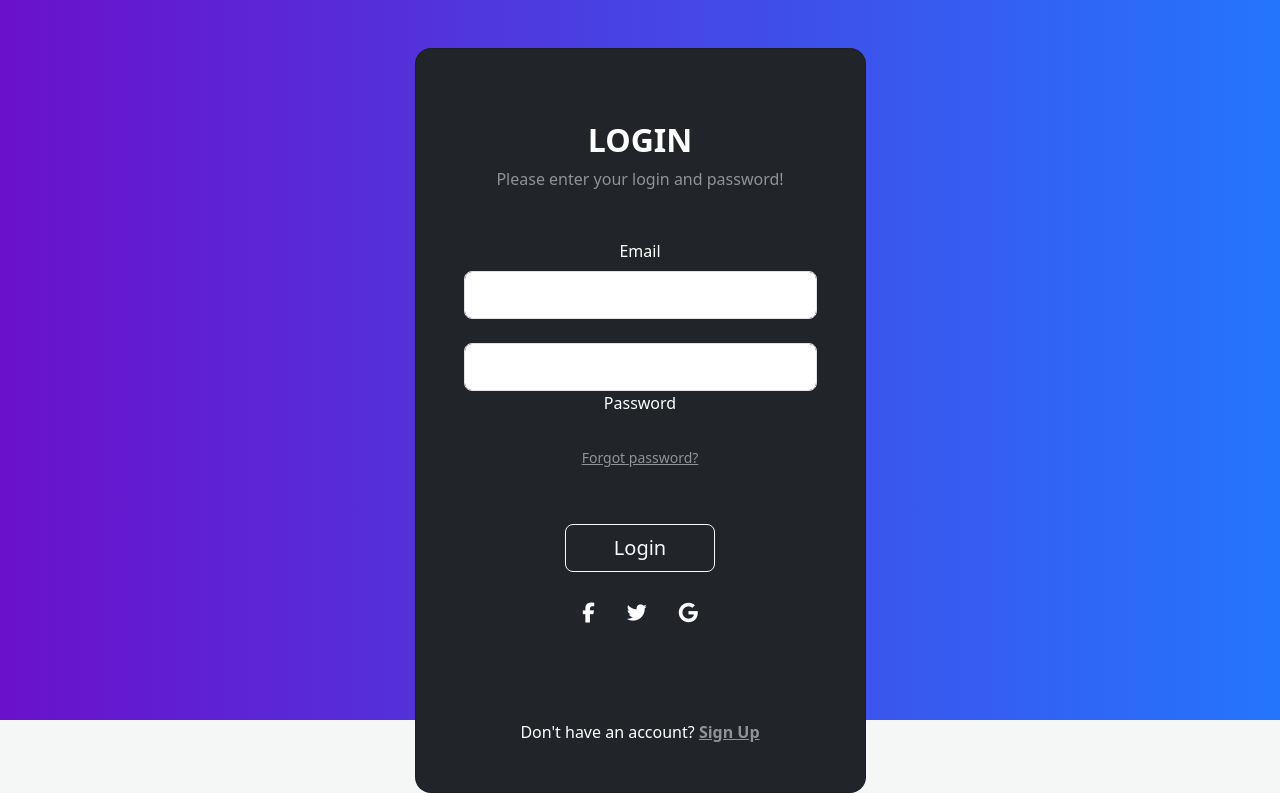
Repository: mihoag/E-commerce-Website
Page: http://localhost/login
An editor plug-in stored every save of this project. The page is shown before and after the next save, followed by the edit.
The browser window is 1280 px wide. The pictures show the whole page.
Some web libraries are served in a nearby version. The page is this project's Thymeleaf template; nobody is signed in. The template is opened directly, without the code that normally fills it, so the values that code supplies are empty.

Above is the page before, as saved 2024-07-28 07:27:53.

### EcommerceShop/MyShopWebParent/MyShopBackend/src/main/resources/templates/login.html
<!DOCTYPE html>
<html xmlns:th = "http://www.thymeleaf.org">
<head th:replace="fragment :: html_file" />
<body style="background-color: #f5f7f6;">
   <section class="vh-100 gradient-custom">
  <div class="container py-5 h-100">
    <div class="row d-flex justify-content-center align-items-center h-100">
      <div class="col-12 col-md-8 col-lg-6 col-xl-5">
        <div class="card bg-dark text-white" style="border-radius: 1rem;">
          <div class="card-body p-5 text-center">

            <div class="mb-md-5 mt-md-4 pb-5">

              <h2 class="fw-bold mb-2 text-uppercase">Login</h2>
              <p class="text-white-50 mb-5">Please enter your login and password!</p>

              <div data-mdb-input-init class="form-outline form-white mb-4">
                <label class="form-label" for="typeEmailX">Email</label>
                <input type="email" name="email" class="form-control form-control-lg" />
              </div>

              <div data-mdb-input-init class="form-outline form-white mb-4">
                <input type="password" name="password" class="form-control form-control-lg" />
                <label class="form-label" for="typePasswordX">Password</label>
              </div>

              <p class="small mb-5 pb-lg-2"><a class="text-white-50" href="#!">Forgot password?</a></p>

              <button data-mdb-button-init data-mdb-ripple-init class="btn btn-outline-light btn-lg px-5" type="submit">Login</button>

              <div class="d-flex justify-content-center text-center mt-4 pt-1">
                <a href="#!" class="text-white"><i class="fab fa-facebook-f fa-lg"></i></a>
                <a href="#!" class="text-white"><i class="fab fa-twitter fa-lg mx-4 px-2"></i></a>
                <a href="#!" class="text-white"><i class="fab fa-google fa-lg"></i></a>
              </div>

            </div>

            <div>
              <p class="mb-0">Don't have an account? <a href="#!" class="text-white-50 fw-bold">Sign Up</a>
              </p>
            </div>

          </div>
        </div>
      </div>
    </div>
  </div>
</section>
</body>
</html>

### EcommerceShop/MyShopWebParent/MyShopBackend/src/main/resources/templates/fragment.html
<!DOCTYPE html>
<html  xmlns:th = "http://www.thymeleaf.org">
<head th:fragment="html_file">
    <meta charset="UTF-8">
    <meta name="viewport" content="width=device-width, initial-scale=1.0">
    <link href="https://cdn.jsdelivr.net/npm/bootstrap@5.3.2/dist/css/bootstrap.min.css" rel="stylesheet"
        integrity="sha384-T3c6CoIi6uLrA9TneNEoa7RxnatzjcDSCmG1MXxSR1GAsXEV/Dwwykc2MPK8M2HN" crossorigin="anonymous">
    <link rel="stylesheet" href="https://cdnjs.cloudflare.com/ajax/libs/font-awesome/6.4.2/css/all.min.css">
    <script src="https://cdnjs.cloudflare.com/ajax/libs/jquery/3.7.1/jquery.min.js"></script>
    <!--     Fonts and icons     -->
    <link href="https://fonts.googleapis.com/css?family=Open+Sans:300,400,600,700" rel="stylesheet" />
    <!-- Font Awesome Icons -->
    <script src="https://kit.fontawesome.com/3cc4fda4ce.js" crossorigin="anonymous"></script>
    <link rel="stylesheet" th:href="@{/css/admin/header.css}">
    <link rel="stylesheet" th:href="@{/css/admin/sidebar.css}">
    <link rel="stylesheet" th:href="@{/common/style.css}">

</head>
<body>
 <!--Header-->
    <div class="header container-fluid w-100 m-0" th:fragment="header">
        <div class="row w-100">
            <div class="col-md-3">
                <div class="logo ms-5 position-fixed">
                    <a href="/">
                        <img th:src="@{/img/logo.png}" style="width: 90px; height: 70px;">
                    </a>
                </div>
            </div>
            <div class="d-flex justify-content-end col-md-9 fs-5">
                <!-- Admin information -->
                <div class="dropdown">
                  <div class = "d-flex">

                   <div class="dropdown-toggle f-flex" id="dropdownMenuButton" data-bs-toggle="dropdown" aria-expanded="false">
                     <i class="fa-solid fa-user"></i>
                     <span class="nav-link-text ms-3">Le Minh Hoang</span>
                   </div>
                     <ul class="dropdown-menu" aria-labelledby="dropdownMenuButton">
                       <li><a class="dropdown-item" th:href="@{/logout}">Logout</a></li>
                     </ul>
                   </div>
                </div>

                <!-- Dropdown menu -->
                <div th:replace="fragment :: navigationDropdown"></div>
            </div>
        </div>
    </div>

    <!--End header-->
     <!--Side bar-->
     <aside class="navbar navbar-vertical rounded-4 my-3 ms-4 me-4 position-fixed mt-4" style="width: 20%;"
                    id="sidenav-main" th:fragment="sidebar">
        <div class="w-100">
              <ul class="navbar-nav">
                 <li class="nav-item my-2 active">
                  <a class="nav-link active ps-4 py-3" th:href="@{/users}">
                   <span class="nav-icon">
                    <i class="fa-solid fa-user" style="max-width: 20px;"></i>
                   </span>
                  <span class="nav-link-text ms-3">User</span>
                  </a>
                </li>

                <li class="nav-item my-2">
                  <a class="nav-link active ps-4 py-3" th:href="@{/categories}">
                   <span class="nav-icon">
                    <i class="fa-solid fa-list" style="max-width: 20px;"></i>
                   </span>
                  <span class="nav-link-text ms-3">Categories</span>
                  </a>
                </li>

                <li class="nav-item my-2">
                  <a class="nav-link active ps-4 py-3" th:href="@{/brands}">
                   <span class="nav-icon">
                  <i class="fa-solid fa-copyright" style="max-width: 20px;"></i>
                   </span>
                  <span class="nav-link-text ms-3">Brands</span>
                  </a>
                </li>

                <li class="nav-item my-2">
                  <a class="nav-link active ps-4 py-3" th:href="@{/products}">
                   <span class="nav-icon">
                    <i class="fa-solid fa-mobile" style="max-width: 20px;"></i>
                   </span>
                  <span class="nav-link-text ms-3">Products</span>
                  </a>
                </li>

                <li class="nav-item my-2">
                  <a class="nav-link active ps-4 py-3" th:href="@{/customers}">
                   <span class="nav-icon">
                    <i class="fa-solid fa-users" style="max-width: 20px;"></i>
                   </span>
                  <span class="nav-link-text ms-3">Customers</span>
                  </a>
                </li>


                <li class="nav-item my-2">
                  <a class="nav-link active ps-4 py-3" th:href="@{/shipping}">
                   <span class="nav-icon">
                    <i class="fa-solid fa-truck-fast" style="max-width: 20px;"></i>
                   </span>
                  <span class="nav-link-text ms-3">Shipping</span>
                  </a>
                </li>
              </ul>
       </div>
    </aside>

    <div th:fragment="footer" class="text-center m-3">
		<p>MyShop Control Panel - Copyright &copy; MyShop</p>
	</div>

	 <nav th:fragment="navigationDropdown" class="navbar navbar-expand-lg navbar-light bg-light hidden" id= "navigationDropdown">
        <div class="container-fluid">
            <button class="navbar-toggler" type="button" data-bs-toggle="collapse" data-bs-target="#navbarNavDropdown" aria-controls="navbarNavDropdown" aria-expanded="false" aria-label="Toggle navigation">
                <span class="navbar-toggler-icon"></span>
            </button>
            <div class="collapse navbar-collapse" id="navbarNavDropdown">
                <ul class="navbar-nav">
                    <li class="nav-item dropdown">
                        <a class="nav-link dropdown-toggle" th:href="@{/users}" id="navbarDropdownMenuLink" role="button" data-bs-toggle="dropdown" aria-expanded="false">
                            User
                        </a>
                        <ul class="dropdown-menu" aria-labelledby="navbarDropdownMenuLink">
                            <li><a class="dropdown-item" href="#">Action</a></li>
                            <li><a class="dropdown-item" href="#">Another action</a></li>
                            <li><a class="dropdown-item" href="#">Something else here</a></li>
                        </ul>
                    </li>

                    <li class="nav-item dropdown">
                        <a class="nav-link dropdown-toggle" th:href="@{/categories}" id="navbarDropdownMenuLink" role="button" data-bs-toggle="dropdown" aria-expanded="false">
                            Categories
                        </a>
                        <ul class="dropdown-menu" aria-labelledby="navbarDropdownMenuLink">
                            <li><a class="dropdown-item" href="#">Action</a></li>
                            <li><a class="dropdown-item" href="#">Another action</a></li>
                            <li><a class="dropdown-item" href="#">Something else here</a></li>
                        </ul>
                    </li>

                    <li class="nav-item dropdown">
                        <a class="nav-link dropdown-toggle" href="@{/brands}" id="navbarDropdownMenuLink" role="button" data-bs-toggle="dropdown" aria-expanded="false">
                            Brands
                        </a>
                        <ul class="dropdown-menu" aria-labelledby="navbarDropdownMenuLink">
                            <li><a class="dropdown-item" href="#">Action</a></li>
                            <li><a class="dropdown-item" href="#">Another action</a></li>
                            <li><a class="dropdown-item" href="#">Something else here</a></li>
                        </ul>
                    </li>

                    <li class="nav-item dropdown">
                        <a class="nav-link dropdown-toggle" href="@{/products}" id="navbarDropdownMenuLink" role="button" data-bs-toggle="dropdown" aria-expanded="false">
                            Products
                        </a>
                        <ul class="dropdown-menu" aria-labelledby="navbarDropdownMenuLink">
                            <li><a class="dropdown-item" href="#">Action</a></li>
                            <li><a class="dropdown-item" href="#">Another action</a></li>
                            <li><a class="dropdown-item" href="#">Something else here</a></li>
                        </ul>
                    </li>

                    <li class="nav-item dropdown">
                        <a class="nav-link dropdown-toggle" href="@{/customers}" id="navbarDropdownMenuLink" role="button" data-bs-toggle="dropdown" aria-expanded="false">
                            Customers
                        </a>
                        <ul class="dropdown-menu" aria-labelledby="navbarDropdownMenuLink">
                            <li><a class="dropdown-item" href="#">Action</a></li>
                            <li><a class="dropdown-item" href="#">Another action</a></li>
                            <li><a class="dropdown-item" href="#">Something else here</a></li>
                        </ul>
                    </li>

                    <li class="nav-item dropdown">
                        <a class="nav-link dropdown-toggle" href="@{/shipping}" id="navbarDropdownMenuLink" role="button" data-bs-toggle="dropdown" aria-expanded="false">
                            Shipping
                        </a>
                        <ul class="dropdown-menu" aria-labelledby="navbarDropdownMenuLink">
                            <li><a class="dropdown-item" href="#">Action</a></li>
                            <li><a class="dropdown-item" href="#">Another action</a></li>
                            <li><a class="dropdown-item" href="#">Something else here</a></li>
                        </ul>
                    </li>

                </ul>
            </div>
        </div>
    </nav>


</body>

</html>

### EcommerceShop/MyShopWebParent/MyShopBackend/src/main/resources/static/css/admin/header.css
/* Header */
	.header {
		top: 0;
		z-index: 12;
		padding: 15px 0 5px 0 ;
	}

	/* Logo */
		.header .logo {
			width: 250px;
			height: 60px;
			float: left;
			transition-duration: .1s;
		}
		.header .logo:hover {
			transform: scale(1.05)
		}
		.header .logo img {
			width: 100%;
			height: 100%;
			vertical-align: middle;
		}
	/* ======= End logo ======== */

	/* Content */
		.header .content{
			/* tru width cua logo */
			width: calc(100% - 250px);
			float: left;
		}

		/* Search */
			.search-header {
				float: left;
			}

			form.input-search {
				margin-left: 20px;
				background: #ddd;
				border: 2px solid #bbb;
				border-radius: 10px;
				height: 35px;
				width: 300px;
				/* điều chỉnh width của ô tìm kiếm trên header ở đây */
			}
			.input-search input {
				float: left;
				padding-left: 15px;
				border: none;
				border-radius: 10px 0 0 10px;
				height: 100%;
				width: calc(100% - 100px - 20px);
				/* 100 la width button, 20 la padding button */
			}
			.input-search button {
				float: right;
				font-size: 14px;
				font-weight: bold;
				padding: 0 10px;
				color: #888;
				background: none;
				width: 100px;
				height: 100%;
				border: none;
				cursor: pointer;
				-webkit-transition-duration: .3s;
				     -o-transition-duration: .3s;
				        transition-duration: .3s;
			}
			.input-search button:hover {
				color: #000;
			}

			.tags {
				margin: 5px 0 0 20px;
				font-size: 13px;
			}
			.tags a {
				color: gray;
				padding: 0 5px;
			}
			.tags a:hover {
				color: black;
				text-decoration: underline;
			}

			/* W3 school autocomplete */
				.autocomplete {
					/*the container must be positioned relative:*/
					position: relative;
					height: 100%;
				}
				.autocomplete-items {
					position: absolute;
					border: 1px solid #d4d4d4;
					border-bottom: none;
					border-top: none;
					z-index: 99;
					/*position the autocomplete items to be the same width as the container:*/
					top: 100%;
					left: 0;
					right: 0;
				}
				.autocomplete-items div {
					padding: 10px;
					cursor: pointer;
					background-color: #fff;
					border-bottom: 1px solid #d4d4d4;
				}
				.autocomplete-items div:hover {
					/*when hovering an item:*/
					background-color: #e9e9e9;
				}
				.autocomplete-active {
					/*when navigating through the items using the arrow keys:*/
					background-color: DodgerBlue !important;
					color: #ffffff;
				}
			/* End auto complete */
		/* ======= End search ========== */

		/* Tools Member */
			.tools-member {
				float: right;
				display: table;
				margin-left: 10px;
				font-size: 14px;
			}

			.tools-member a {
				position: relative;
				padding: 5px 0;
				text-align: center;
				font-size: 16px;
				font-weight: bold;
				color: #565;
				cursor: pointer;
			}
			.tools-member a:hover > i {
				border: 1px solid #fff;
				background-color: rgb(161, 161, 161);
				color: #fff;
			}

			.tools-member i { /* icon */
				padding: 10px;
				border-radius: 50%;
				border: 1px solid #ccc;
				background-color: #fff;
				color: #000;
				-webkit-transition: 0.2s;
				-o-transition: 0.2s;
				transition: 0.2s;
			}
			.tools-member .fa-user {
				padding: 10px 12.5px;
			}
			.tools-member .fa-shopping-cart {
				padding: 10px 11px;
			}
			/* Member */
				.member {
					position: relative;
					float: left;
					display: table-cell;
				}
				.member:hover > .menuMember{
					z-index: 20;
					transform: translateX(-40%) scale(1);
				}
				.member .menuMember {
					position: absolute;
					left: 0;
					text-align: center;
					border-radius: 5px;
					background-color: #eee;
					min-width: 170px;
					transition-duration: .15s;
					transform: translateX(-40%) scale(0);
				}
				.member .menuMember a {
					display: block;
					padding: 10px 0;
				}
				.member .menuMember a:hover {
					background-color: #888;
					color: #eee;
				}
				.member .hide {
					display: none;
				}
			/* ======= End Member ======= */

			/* Cart */
				.cart {
					float: left;
					display: table-cell;
					/* border-left: 1px solid #bbb; */
					margin: 0 15px;
					padding-left: 5px;
				}
				.cart-number {
					position: absolute;
					left: 1.4em;
					bottom: -1em;
					font-weight: bold;
					font-size: 1em;
					color: red;
					border-radius: 50%;
					width: 2em;
					height: 2em;
					line-height: 2em;
					text-align: center;
				}
				.cart .cart-number {
					transition-duration: .4s;
				}
			/* ======= End Cart ======== */

			/* Check Order - Đã loại bỏ */
				.check-order {
					float: left;
					display: table-cell;
					border-left: 1px solid #bbb;
					margin-left: 5px;
					padding-left: 5px;
				}
			/* ======= End Check Order ======= */
		/* ======= End Tools Member ======= */
	/* ======= End Content ========= */
/* ======= End header ======== */

### EcommerceShop/MyShopWebParent/MyShopBackend/src/main/resources/static/css/admin/sidebar.css
.navbar-nav li.active {
    background-color: #ffffff;
    border-radius: 10px;
    font-weight: 600;
    box-shadow: 0 20px 27px 0 rgba(0, 0, 0, 0.05);
}

.navbar-nav .nav-item {
    margin-left: 0; /* Set an initial value for margin-left */
    transition: margin-left 0.3s ease-in-out;
}

.navbar-nav .nav-item:hover {
    margin-left: 10px; /* Adjust this value to your preference */
}

.nav-icon {
    display: inline-block;
    justify-content: center;
    box-shadow: 0 10px 10px 0 rgba(8, 8, 8, 0.05);
    background-color: #ffffff;
    padding: 2px 5px;
    border-radius: 10px;
    min-width: 20px;
}

### EcommerceShop/MyShopWebParent/MyShopBackend/src/main/resources/static/common/style.css
.hidden {
    display: none;
}
a:hover {
  cursor: pointer;
}

 .toast-container {
            position: fixed;
            bottom: 20px;
            right: 20px;
            z-index: 1055;
 }

 @media screen and (min-width: 768px) and (max-width: 1024px) {
	/* medium screen */
	table.full-details {
		display: block;
	}
	div.less-details {
		display: none;
	}
	.hideable-column {
		display: none
	}
}

@media screen and (min-width: 1024px) {
	/* small screen */
	div.less-details {
		display: none;
	}
	.hideable-column {
		display: table-cell;
	}
}

@media screen and (max-width: 768px) {
	/* small screen */
	table.full-details {
		display: none
	}
	div.less-details {
		display: block;
	}
}

.gradient-custom {
/* fallback for old browsers */
background: #6a11cb;

/* Chrome 10-25, Safari 5.1-6 */
background: -webkit-linear-gradient(to right, rgba(106, 17, 203, 1), rgba(37, 117, 252, 1));

/* W3C, IE 10+/ Edge, Firefox 16+, Chrome 26+, Opera 12+, Safari 7+ */
background: linear-gradient(to right, rgba(106, 17, 203, 1), rgba(37, 117, 252, 1))
}

After the next save:
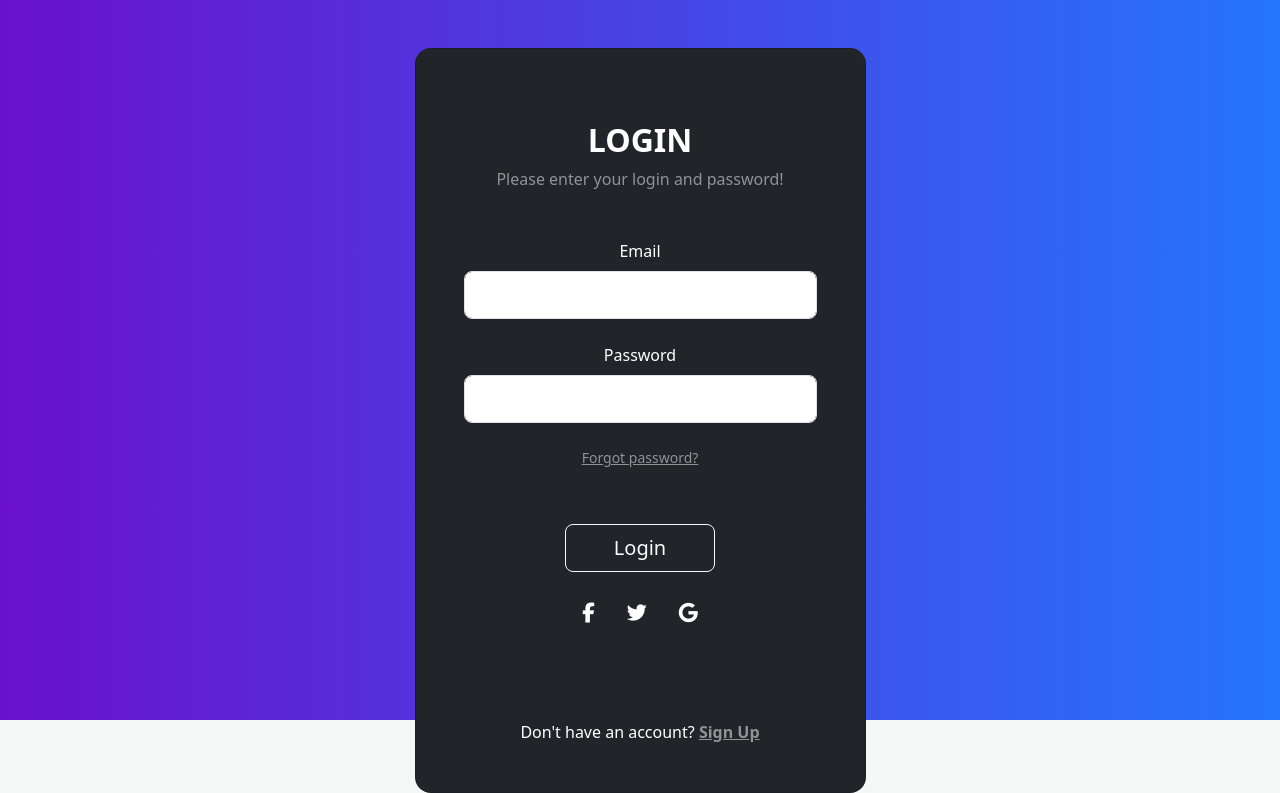
Saved 12 s later.
--- a/EcommerceShop/MyShopWebParent/MyShopBackend/src/main/resources/templates/login.html
+++ b/EcommerceShop/MyShopWebParent/MyShopBackend/src/main/resources/templates/login.html
@@ -20,8 +20,8 @@
               </div>
 
               <div data-mdb-input-init class="form-outline form-white mb-4">
+                <label class="form-label" for="typePasswordX">Password</label>
                 <input type="password" name="password" class="form-control form-control-lg" />
-                <label class="form-label" for="typePasswordX">Password</label>
               </div>
 
               <p class="small mb-5 pb-lg-2"><a class="text-white-50" href="#!">Forgot password?</a></p>
